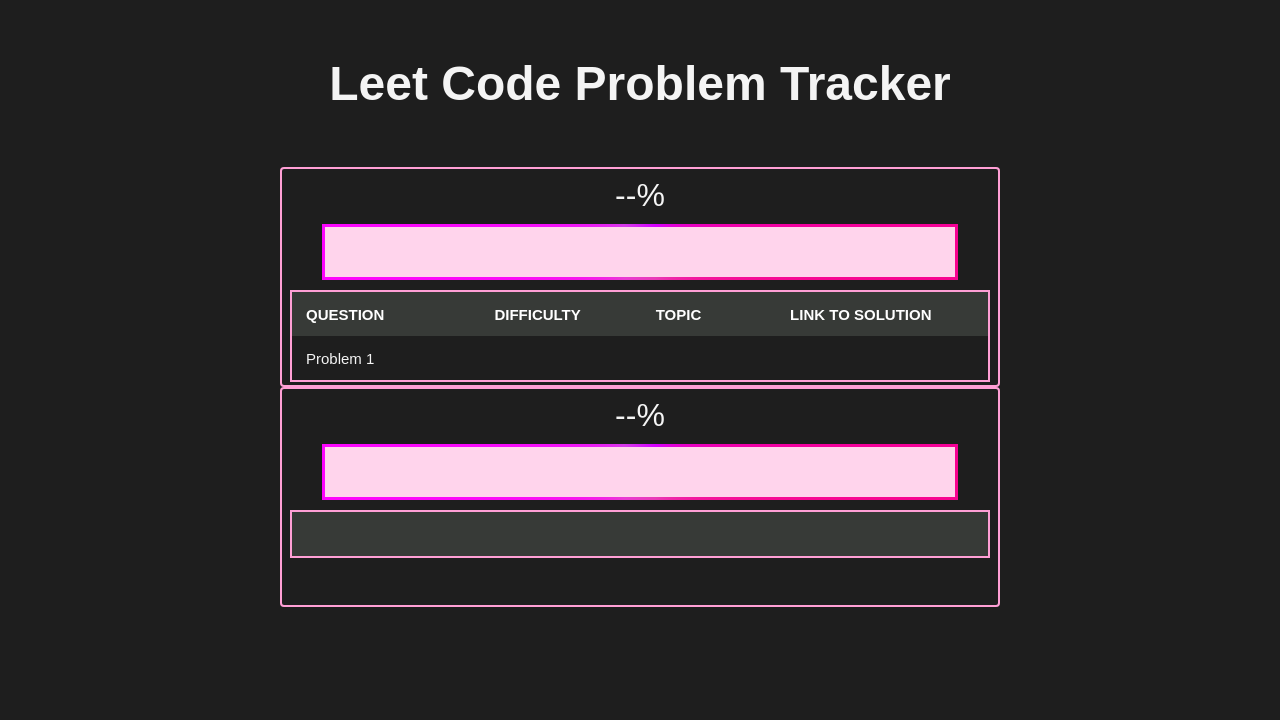
Repository: bbrockbrown/leet-code-tracker
Page: index.html
These files come from the project's save history. The page is drawn as it stood at one moment and after the next save; the edit follows.
The browser window is 1280 px wide. The pictures show the whole page.

Above is the page before, as saved 2024-07-28 17:21:28.

After the next save:
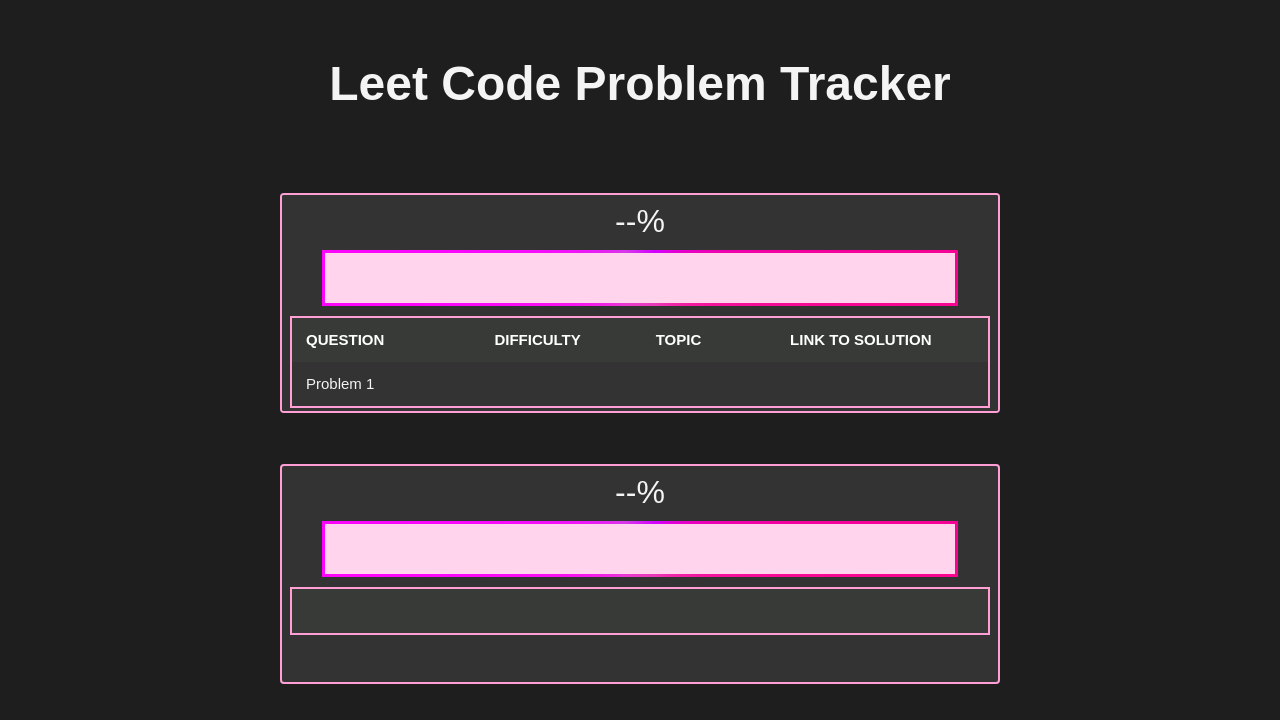
Saved 2 min 13 s later.
--- a/styles.css
+++ b/styles.css
@@ -45,6 +45,7 @@ body {
     flex-flow: row wrap;
     align-items: center;
     justify-content: space-evenly;
+
 }
 
 .todo-tracking, .completed-tracking {
@@ -56,6 +57,13 @@ body {
     height: 200px;
     width: 700px;
     padding: 8px;
+    background-color: #333;
+    margin: 2% auto;
+    display: inline-block;
+    max-width: 75%;
+    max-height: 85%;
+    overflow-y: auto;
+    color: #f4f4f4;
 }
 
 .todo-tracking:hover, .completed-tracking:hover {
